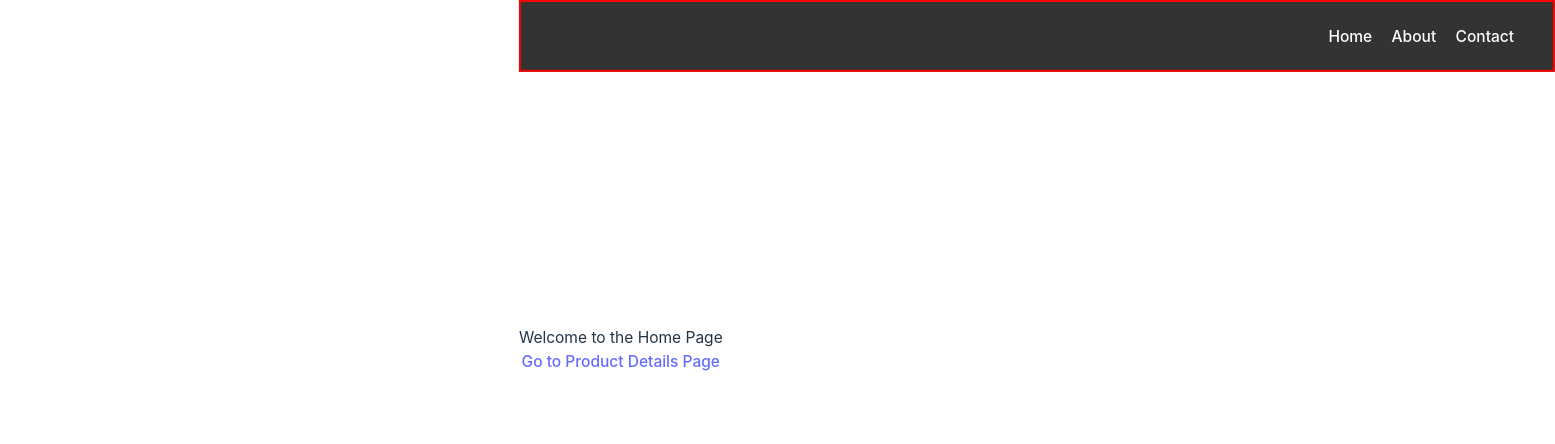
Repository: marcusdashe/proof-of-concept-react-routing
Page: /
These files come from the project's save history. The page is drawn as it stood at one moment and after the next save; the edit follows.
The browser window is 1280 px wide. The page is 1603 px wide, then 1280 px, so the pictures cover 1603 px, including what lies to the right of the window. The pictures show the whole page, at 97% of full size.
The project was rebuilt for these pictures with package versions that can differ from the ones it lists, and the page was loaded fresh each time. Also part of the build but not shown: vite.config.js, src/pages/ProductDetails.jsx, src/pages/Checkout.jsx.

Above is the page before, as saved 2023-08-23 12:28:34.

### src/App.jsx
import "./App.css";
import { Route, Routes } from "react-router-dom";
import Home from "./pages/Home";
import ProductDetails from "./pages/ProductDetails";
import Checkout from "./pages/Checkout";
import NavBar from "./components/NavBar";

function App() {
  return (
    <>
      <NavBar />
      <Routes>
        <Route path="/" element={<Home />} />
        <Route path="/products" element={<ProductDetails />} />
        <Route path="/checkout" element={<Checkout />} />
      </Routes>
    </>
  );
}

export default App;

### src/pages/Home.jsx
import React from "react";
import { Link } from "react-router-dom";

const Home = () => {
  return (
    <>
      <div>Welcome to the Home Page</div>
      <Link to="/products">Go to Product Details Page</Link>
    </>
  );
};

export default Home;

### src/components/NavBar.jsx
import React from "react";
import "../styles/NavBar.css";

const NavBar = () => {
  return (
    <nav className="navbar">
      <div className="logo">MyLogo</div>
      <ul className="nav-links">
        <li>
          <a href="#">Home</a>
        </li>
        <li>
          <a href="#">About</a>
        </li>
        <li>
          <a href="#">Contact</a>
        </li>
      </ul>
    </nav>
  );
};

export default NavBar;

### src/styles/NavBar.css
/* Reset some default styles */
body,
ul {
  margin: 0;
  padding: 0;
}

/* Style for the navigation bar */
.navbar {
  width: 80vw;
  height: 50px;
  position: absolute;
  top: 0;
  border: 2px solid red;
  display: flex;
  justify-content: space-between;
  align-items: center;
  background-color: #333;
  color: white;
  padding: 10px 20px;
}

/* Style for the logo */
.logo {
  font-size: 24px;
  font-weight: bold;
}

/* Style for the navigation links */
.nav-links {
  list-style: none;
  display: flex;
}

.nav-links li {
  margin-right: 20px;
}

.nav-links a {
  text-decoration: none;
  color: white;
}

/* Change link color on hover */
.nav-links a:hover {
  color: lightgray;
}

Loaded but not shown: index.html (common file); src/main.jsx (common file); src/index.css (common file); src/App.css (common file)

After the next save:
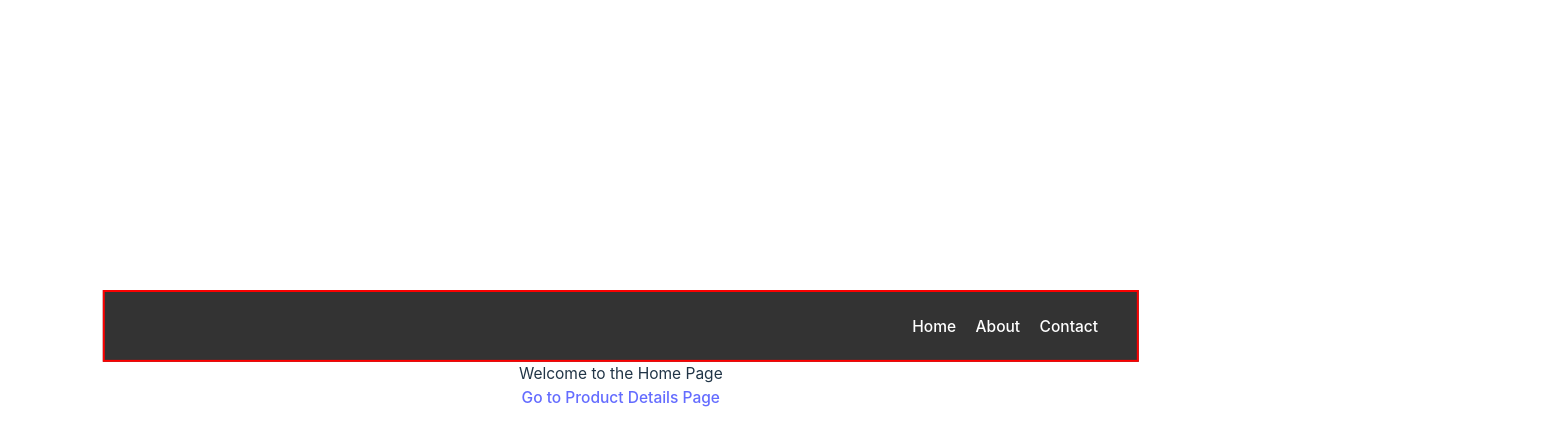
Saved 11 s later.
--- a/src/styles/NavBar.css
+++ b/src/styles/NavBar.css
@@ -9,8 +9,6 @@ ul {
 .navbar {
   width: 80vw;
   height: 50px;
-  position: absolute;
-  top: 0;
   border: 2px solid red;
   display: flex;
   justify-content: space-between;
